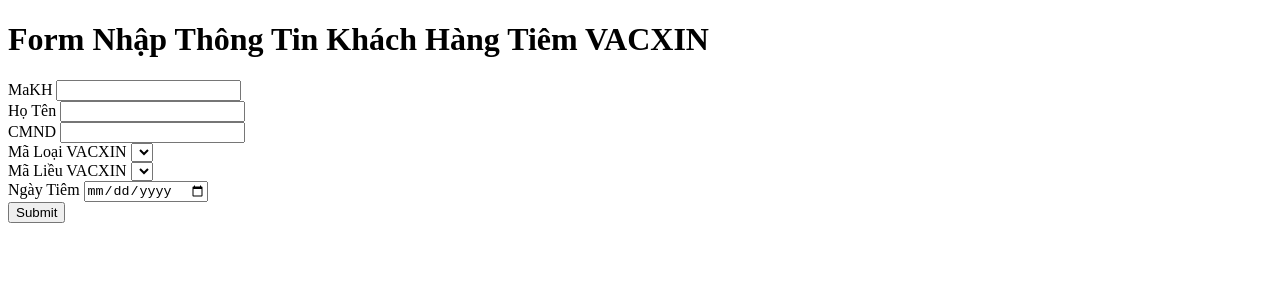
Repository: trandangtin2003/vku_docu
Page: http://localhost/form
These files come from the project's save history. The page is drawn as it stood at one moment and after the next save; the edit follows.
The browser window is 1280 px wide. The pictures show the whole page.
The page is this project's Thymeleaf template; nobody is signed in. The template is opened directly, without the code that normally fills it, so the values that code supplies are empty.

Above is the page before, as saved 2023-12-30 03:40:02.

### 21IT176_TranDangTin_javaWeb/src/main/resources/templates/form.html
<!DOCTYPE html>
<html xmlns:th="http://www.thymeleaf.org">

<head>

</head>

<body>

	<main role="main" class="container mt-5" th:fragment="content">
		<h1 class="text-center">Form Nhập Thông Tin Khách Hàng Tiêm VACXIN</h1>
		<form th:action="@{/tiemchung}" th:object="${tiemChung}" method="post">
			<div class="form-group">
				<label for="maKH">MaKH</label>
				<input type="text" class="form-control" id="maKH" name="maKH" required>
			</div>

			<!-- Thêm các trường dành cho SinhVien -->
			<div class="form-group">
				<label for="hoTen">Họ Tên</label>
				<input type="text" class="form-control" id="hoTen" name="hoTen" required>
			</div>

			<div class="form-group">
				<label for="cMND">CMND</label>
				<input type="text" class="form-control" id="cMND" name="cMND" required>
			</div>
			<!--<div class="form-group">
				<label for="email">Email</label>
				<input type="email" class="form-control" id="email" name="email" required>
			</div>
			<div class="form-group">
				<label for="email">Số điện thoại</label>
				<input type="tel" pattern="[0-9]{10,13}" class="form-control"
					title="Số điện thoại phải là 10 đến 13 chữ số." id="soDT" name="soDT" required>
			</div>-->

			<div class="form-group">
				<b th:text="${loaivacxin.maLoaiVX}"></b>
				<label for="maLoaiVX">Mã Loại VACXIN</label>
				<select class="form-control" id="maLoaiVX" th:field="*{maLoaiVX}" required>
					<option value="" th:each="loaivacxin : ${loaivacxins}" th:value="${loaivacxin.maLoaiVX}"
						th:text="${loaivacxin.maLoaiVX}">Chọn loại VACXIN</option>
				</select>
			</div>

			<div class="form-group">
				<label for="maLieuVX">Mã Liều VACXIN</label>
				<select class="form-control" id="maLieuVX" th:field="*{maLieuVX}" required>
					<option value="" th:each="vacxin : ${vacxins}" th:value="${vacxin.maLieuVX}"
						th:text="${vacxin.maLieuVX}">Chọn liều VACXIN</option>
				</select>
			</div>

			<!-- ComboBox cho MaNganh -->
			<!--<div class="form-group">
				<label for="maNganh">Mã Ngành</label>
				<select class="form-control" id="maNganh" th:field="*{maNganh}" required>
					<option value="" th:each="nganh : ${nganhs}" th:value="${nganh.maNganh}"
						th:text="${nganh.tenNganh}">Chọn ngành</option>
				</select>
			</div>

			 Các trường thông tin khác
			<div class="form-group">
				<label for="heTN">Hệ Tốt Nghiệp</label>
				<input type="text" class="form-control" id="heTN" th:field="*{heTN}">
			</div>-->

			<div class="form-group">
				<label for="ngayTiem">Ngày Tiêm</label>
				<input type="date" class="form-control" id="ngayTiem" th:field="*{ngayTiem}" required>
			</div>

			<!--<div class="form-group">
				<label for="loaiTN">Loại Tốt Nghiệp</label>
				<input type="text" class="form-control" id="loaiTN" th:field="*{loaiTN}">
			</div>-->

			<!-- Nút submit -->
			<button type="submit" class="btn btn-primary">Submit</button>
		</form>
	</main>


</body>

</html>

After the next save:
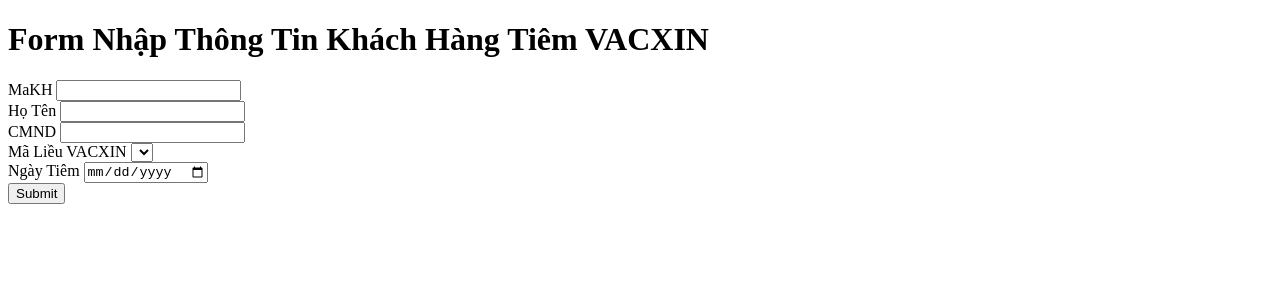
Saved 4 s later.
--- a/21IT176_TranDangTin_javaWeb/src/main/resources/templates/form.html
+++ b/21IT176_TranDangTin_javaWeb/src/main/resources/templates/form.html
@@ -37,11 +37,11 @@
 
 			<div class="form-group">
 				<b th:text="${loaivacxin.maLoaiVX}"></b>
-				<label for="maLoaiVX">Mã Loại VACXIN</label>
+				<!--<label for="maLoaiVX">Mã Loại VACXIN</label>
 				<select class="form-control" id="maLoaiVX" th:field="*{maLoaiVX}" required>
 					<option value="" th:each="loaivacxin : ${loaivacxins}" th:value="${loaivacxin.maLoaiVX}"
 						th:text="${loaivacxin.maLoaiVX}">Chọn loại VACXIN</option>
-				</select>
+				</select>-->
 			</div>
 
 			<div class="form-group">
